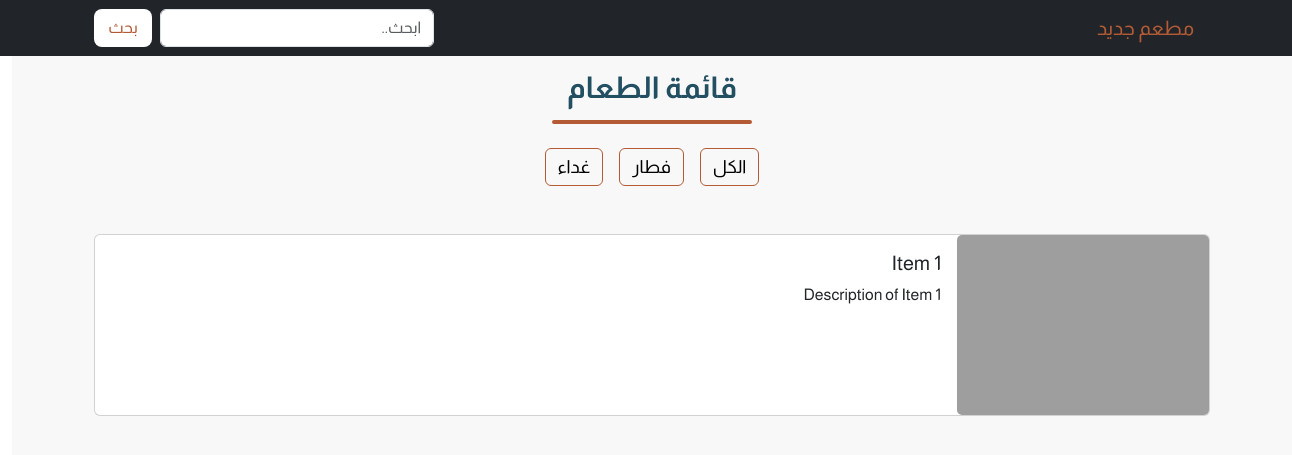
Repository: kerlos-alfy/Restaurant-Menu
Page: /
The author's editor kept a copy of each file at every save. The page is drawn from the files as they stood at one save, then again after the next save.
The browser window is 1280 px wide. The page is 1292 px wide, so the pictures cover 1292 px, including what lies to the right of the window. The pictures show the whole page.
Pictures or frames that could not be fetched are drawn as grey boxes. Some web fonts or font styles are not loaded; a fallback is used. The project was rebuilt for these pictures with package versions that can differ from the ones it lists, and the page was loaded fresh each time. Also part of the build but not shown: vite.config.js, src/App.css.

Above is the page before, as saved 2024-12-20 01:27:54.

After the next save:
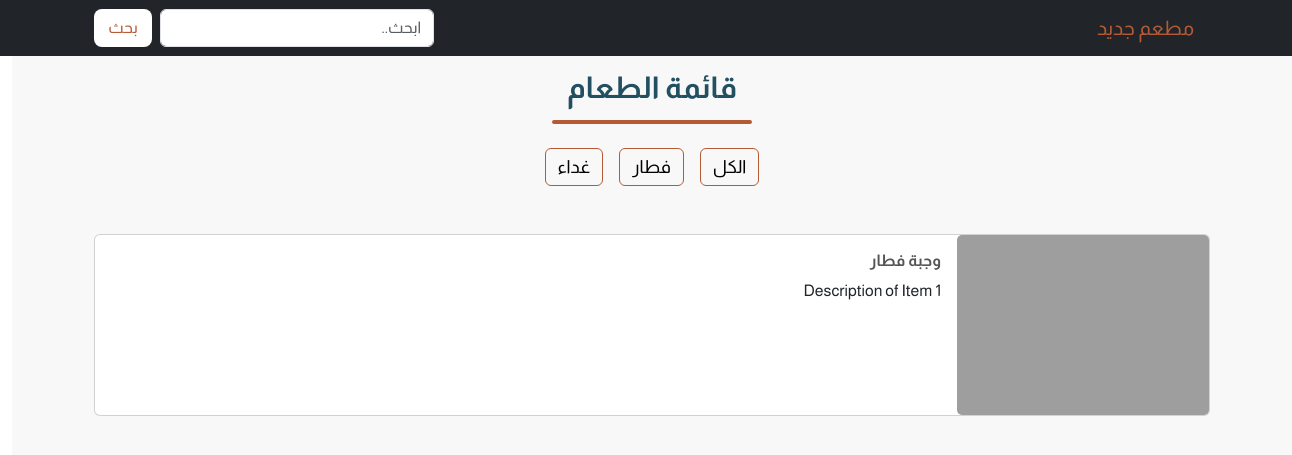
Saved 63 s later.
--- a/src/components/ItemsList.jsx
+++ b/src/components/ItemsList.jsx
@@ -7,7 +7,9 @@ const ItemsList = () => {
 				<Card className="d-flex flex-row">
 					<Card.Img className="img-item" variant="top" src="https://ichef.bbci.co.uk/food/ic/food_16x9_832/recipes/spicy_salmon_bite_rice_16300_16x9.jpg" />
 					<Card.Body>
-						<Card.Title>Item 1</Card.Title>
+						<Card.Title>
+							<div className="item-title">وجبة فطار</div>
+						</Card.Title>
 						<Card.Text>Description of Item 1</Card.Text>
 					</Card.Body>
 				</Card>
